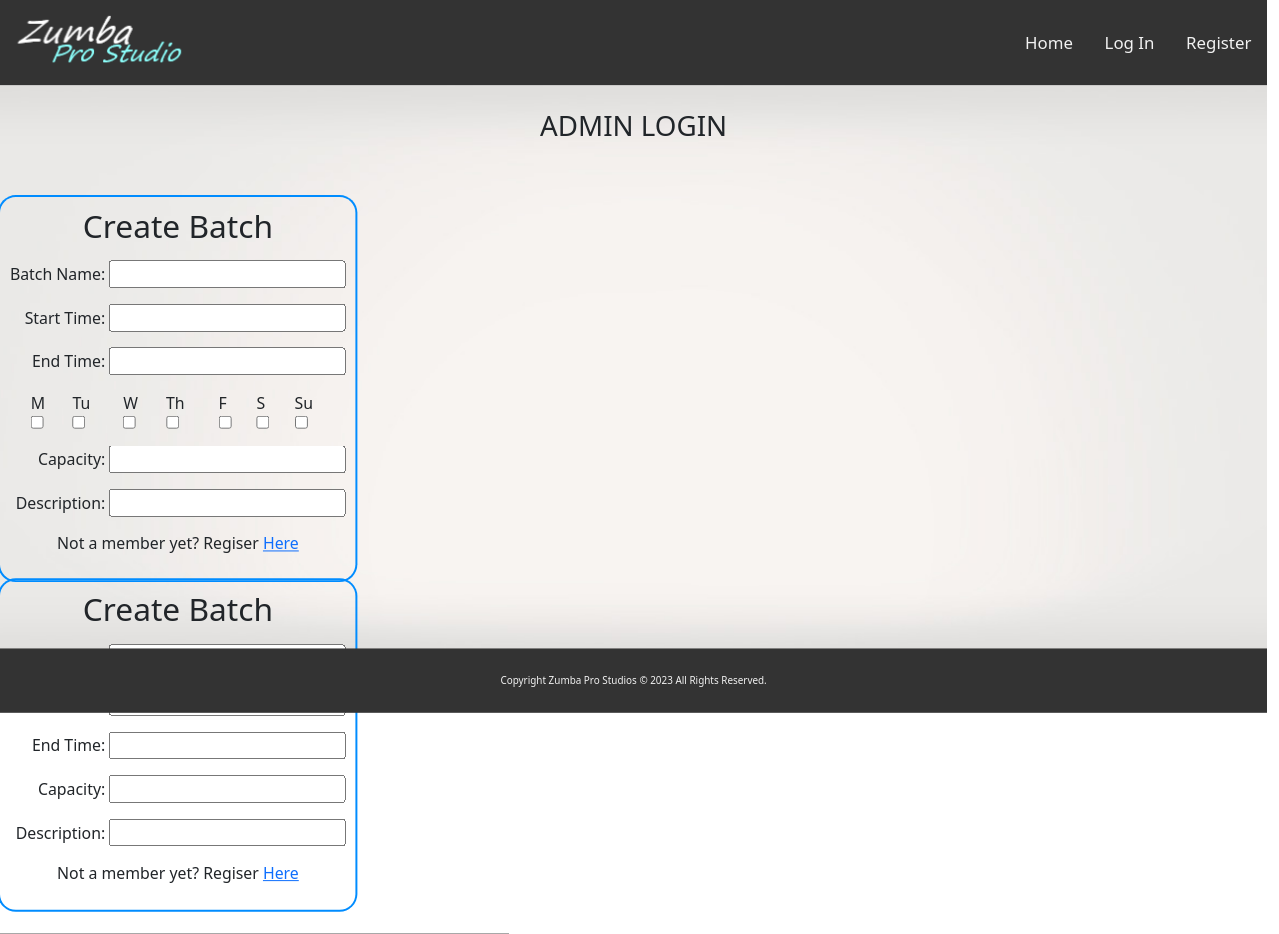
Repository: basemsamuel/Zumba
Page: http://localhost/ZumbaProStudio/adminusers.jsp
These files come from the project's save history. The page is drawn as it stood at one moment and after the next save; the edit follows.
The browser window is 1280 px wide. The page is 1280 px wide, then 1292 px, then 1280 px, so the pictures cover 1292 px, including what lies to the right of the window. The pictures show the whole page, at 99% of full size.
The page is served by Tomcat 10.

Above is the page before, as saved 2023-07-30 21:30:42.

After the next save:
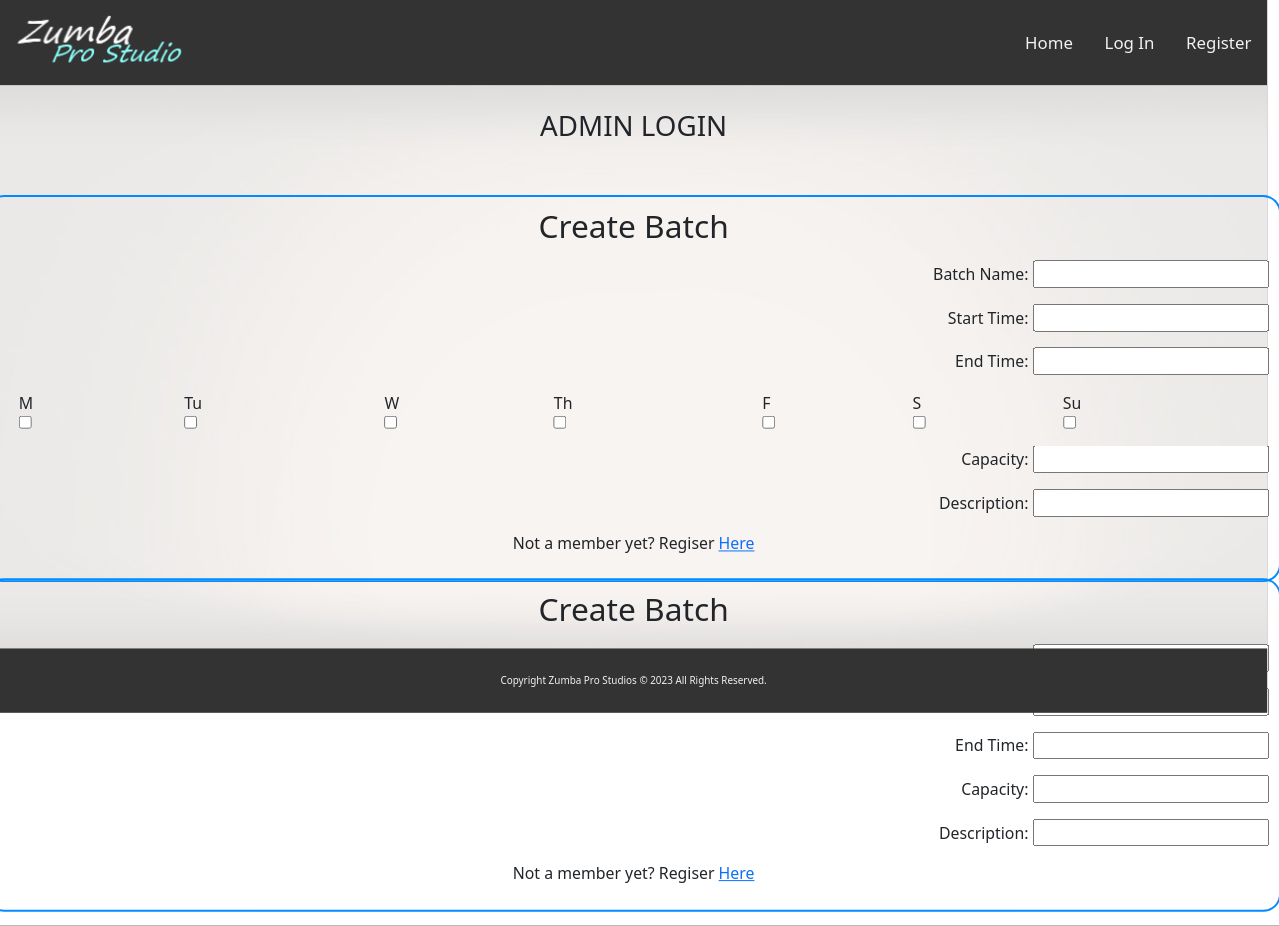
Saved 41 s later.
--- a/ZumbaProStudio/src/main/webapp/adminusers.jsp
+++ b/ZumbaProStudio/src/main/webapp/adminusers.jsp
@@ -6,7 +6,7 @@
 	<br>
 	<br>
 	</div>
-	<div row>
+	<div  class='row'>
 		<table class="formtable">
 			<tr>
 				<td style="padding: 10px;">

After the save that followed:
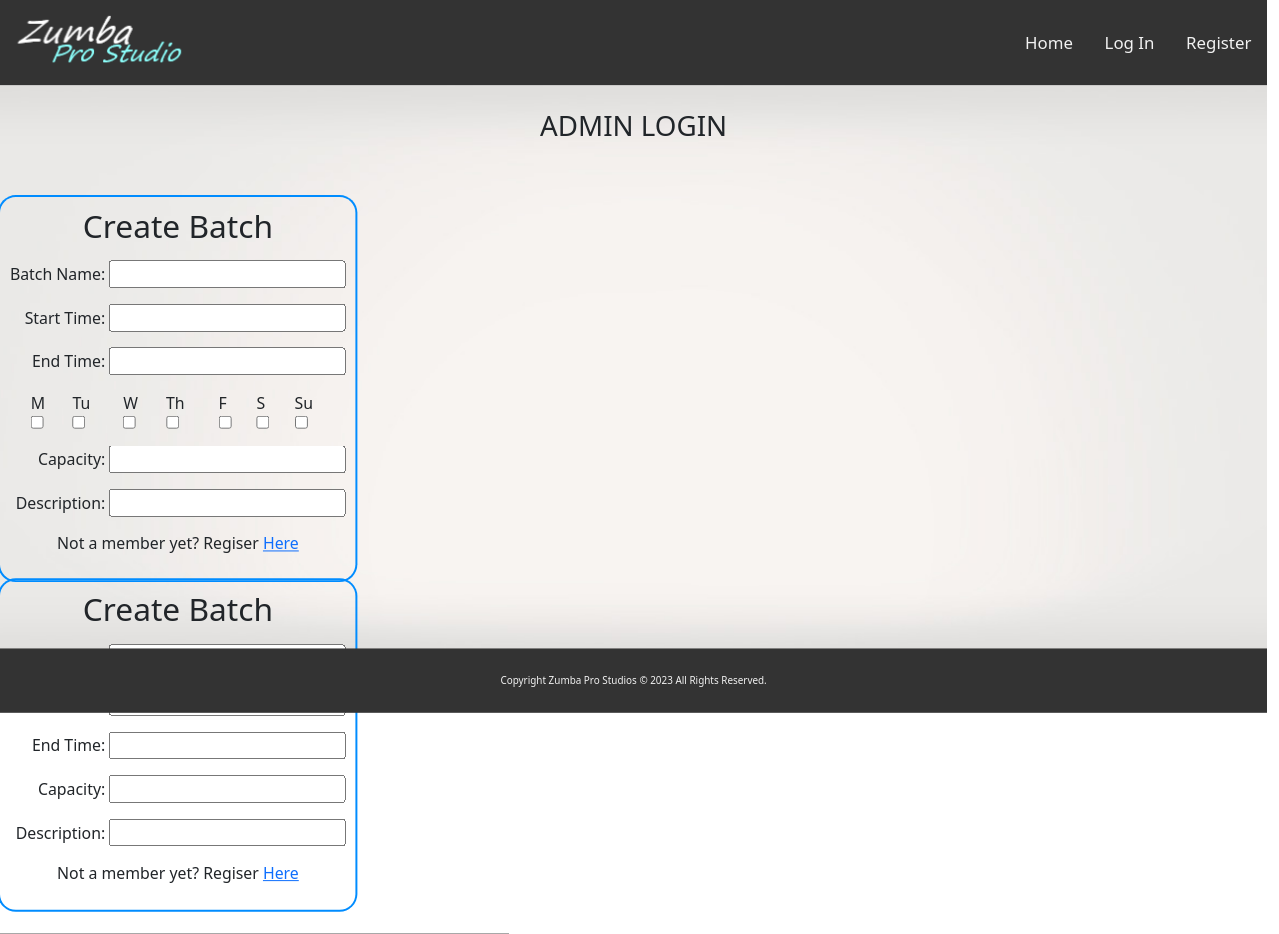
Saved 21 s later.
--- a/ZumbaProStudio/src/main/webapp/adminusers.jsp
+++ b/ZumbaProStudio/src/main/webapp/adminusers.jsp
@@ -6,7 +6,7 @@
 	<br>
 	<br>
 	</div>
-	<div  class='row'>
+	<div  >
 		<table class="formtable">
 			<tr>
 				<td style="padding: 10px;">
